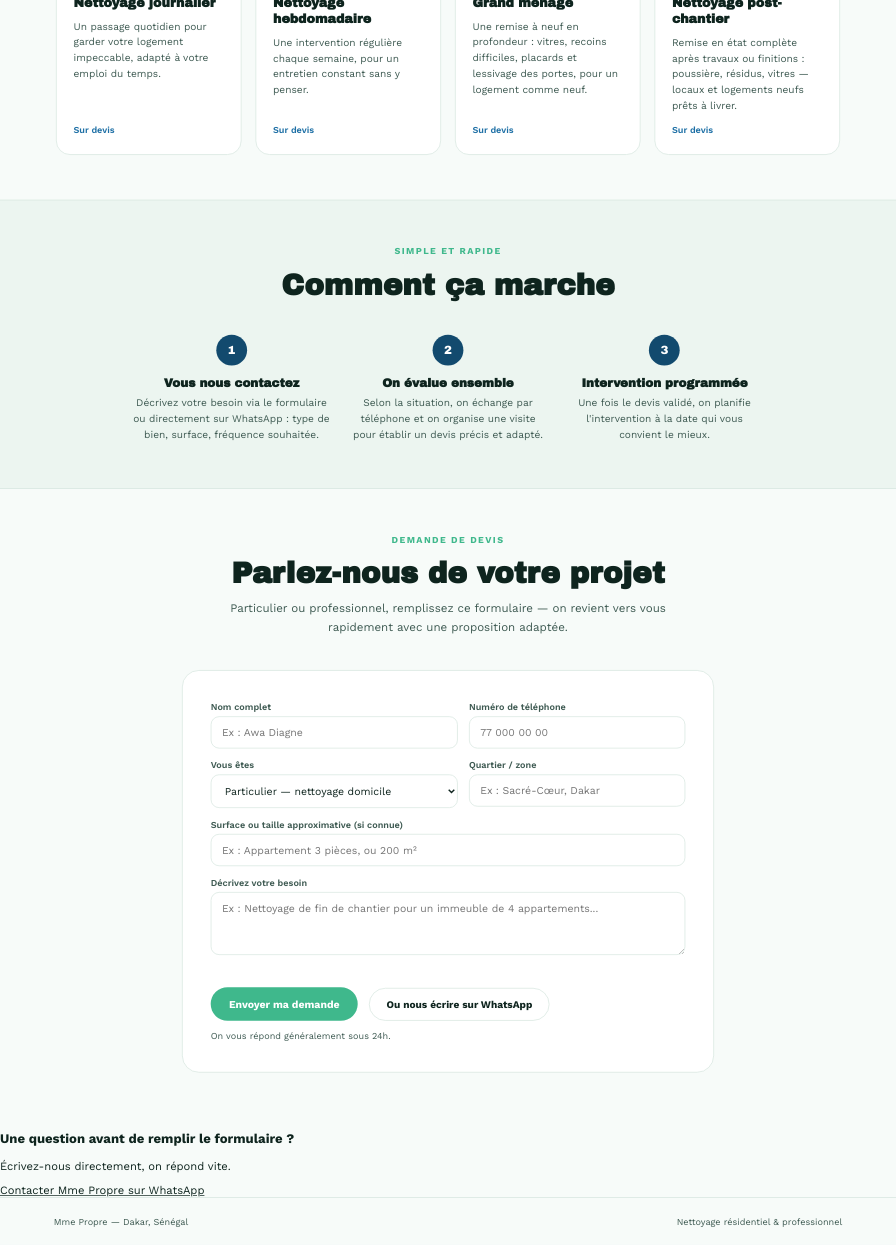
Repository: AntaaaKD/Mme-Propre
Page: Particulier.html
The author's editor kept a copy of each file at every save. The page is drawn from the files as they stood at one save, then again after a run of saves.
The browser window is 1280 px wide. The pictures show the part of the page from y = 1065 to 2985 px (the page is 2844 px tall before and 2985 px after), at 70% of full size.

Above is the page before, as saved 2026-07-22 20:10:40.

### Particulier.html
<!DOCTYPE html>
<html lang="fr">
<head>
<meta charset="UTF-8">
<meta name="viewport" content="width=device-width, initial-scale=1.0">
<title>Mme Propre — La propreté de votre demeure, en un clic</title>
<link rel="icon" type="image/png" >
<link rel="preconnect" href="https://fonts.googleapis.com">
<link rel="preconnect" href="https://fonts.gstatic.com" crossorigin>
<link href="https://fonts.googleapis.com/css2?family=Archivo+Black&family=Work+Sans:wght@400;500;600;700&display=swap" rel="stylesheet">

<!-- 🟥 1. SÉCURITÉ : Script Cloudflare Turnstile -->
<script src="https://challenges.cloudflare.com/turnstile/v0/api.js" async defer></script>

<style>
  :root{
    --surface:#F7FBF9;
    --surface-2:#ECF5F0;
    --ink:#0E241E;
    --ink-soft:#3E5A52;
    --blue:#1D6FA5;
    --blue-deep:#124A6E;
    --mint:#3FB88C;
    --lemon:#F2C230;
    --line:#D6E6DE;
    --display:"Archivo Black", sans-serif;
    --body:"Work Sans", sans-serif;
  }
  *{box-sizing:border-box;}
  body{margin:0;padding:0;background:var(--surface);color:var(--ink);font-family:var(--body);}
  a{color:inherit;}
  section{scroll-margin-top:20px;}

  /* ---------- HEADER ---------- */
  header{
    display:flex;align-items:center;justify-content:space-between;
    padding:15px 6vw;position:sticky;top:0;background:rgba(247,251,249,0.9);
    backdrop-filter:blur(6px);z-index:20;border-bottom:1px solid transparent;
  }
  .logo{display:flex;align-items:center;}
  .logo img{height:40px;width:auto;display:block;}
  nav{display:flex;align-items:center;gap:28px;}
  nav a.nav-link{font-size:14px;font-weight:600;color:var(--ink-soft);text-decoration:none;}
  .header-cta{
    font-size:14px;font-weight:700;color:#fff;background:var(--blue-deep);
    border-radius:999px;padding:11px 22px;text-decoration:none;
    transition:transform .15s ease;
  }
  .header-cta:hover{transform:translateY(-2px);}
  @media (max-width:760px){ nav a.nav-link{display:none;} }

  /* ---------- HERO ---------- */
  .hero{position:relative;padding:6vh 6vw 10vh;overflow:hidden;}
  .hero-grid{position:relative;z-index:2;display:grid;grid-template-columns:1.1fr 0.9fr;gap:56px;align-items:center;}
  @media (max-width:860px){.hero-grid{grid-template-columns:1fr;gap:40px;} .hero-image{max-height:320px;}}
  .hero-image{position:relative;border-radius:24px;overflow:hidden;box-shadow:0 24px 50px rgba(14,36,30,0.12);aspect-ratio:1.1;}
  .hero-image img{width:100%;height:100%;object-fit:cover;display:block;}
  .eyebrow{font-size:13px;font-weight:700;letter-spacing:2px;text-transform:uppercase;color:var(--mint);margin-bottom:18px;}
  h1{font-family:var(--display);font-size:clamp(36px,5.5vw,64px);line-height:1.05;margin:0 0 22px;max-width:15ch;}
  h1 .accent{color:var(--blue);}
  .hero p.lead{font-size:18px;color:var(--ink-soft);max-width:46ch;line-height:1.6;margin:0 0 32px;}
  .hero-ctas{display:flex;gap:16px;align-items:center;flex-wrap:wrap;}
  .btn-primary{
    background:var(--mint);color:#fff;font-weight:700;padding:16px 32px;
    border-radius:999px;box-shadow:0 8px 24px rgba(63,184,140,0.25);text-decoration:none;
    transition:transform .2s ease, box-shadow .2s ease;
  }
  .btn-primary:hover{transform:translateY(-2px);box-shadow:0 12px 28px rgba(63,184,140,0.4);}
  .btn-secondary{font-weight:600;color:var(--blue-deep);padding:16px 24px;text-decoration:none;}

  /* ---------- SECTION WRAPPER ---------- */
  .section{padding:9vh 6vw;}
  .section.alt{background:var(--surface-2);border-top:1px solid var(--line);border-bottom:1px solid var(--line);}
  .section-head{max-width:640px;margin:0 auto 48px;text-align:center;}
  .section-head .eyebrow{justify-content:center;display:flex;}
  .section-head h2{font-family:var(--display);font-size:clamp(28px,3.6vw,42px);margin:0 0 14px;}
  .section-head p{color:var(--ink-soft);font-size:16.5px;line-height:1.6;margin:0;}

  /* ---------- OFFERS ---------- */
  .offers{max-width:1120px;margin:0 auto;display:grid;grid-template-columns:repeat(4,1fr);gap:20px;}
  @media (max-width:980px){.offers{grid-template-columns:repeat(2,1fr);}}
  @media (max-width:560px){.offers{grid-template-columns:1fr;}}
  .offer-card{
    background:#fff;border:1.5px solid var(--line);border-radius:20px;padding:28px 24px;
    display:flex;flex-direction:column;gap:12px;transition:transform .18s ease, box-shadow .18s ease;
  }
  .offer-card:hover{transform:translateY(-4px);box-shadow:0 16px 32px rgba(14,36,30,0.08);}
  .offer-card .emoji{font-size:30px;}
  .offer-card h3{font-family:var(--display);font-size:18px;margin:0;line-height:1.3;}
  .offer-card p{color:var(--ink-soft);font-size:14.5px;line-height:1.55;margin:0;flex:1;}
  .offer-tag{
    align-self:flex-start;font-size:12px;font-weight:700;letter-spacing:0.5px;text-transform:uppercase;
    padding:5px 12px;border-radius:999px;
  }
  .tag-domicile{background:rgba(63,184,140,0.14);color:#1f6b4f;}
  .tag-pro{background:rgba(29,111,165,0.12);color:var(--blue-deep);}
  .offer-quote{font-size:13px;font-weight:600;color:var(--blue);margin-top:2px;}

  /* ---------- STEPS ---------- */
  .steps{max-width:900px;margin:0 auto;display:grid;grid-template-columns:repeat(3,1fr);gap:28px;}
  @media (max-width:760px){.steps{grid-template-columns:1fr;}}
  .step{text-align:center;}
  .step-num{
    width:44px;height:44px;border-radius:50%;background:var(--blue-deep);color:#fff;
    display:flex;align-items:center;justify-content:center;font-family:var(--display);font-size:17px;
    margin:0 auto 16px;
  }
  .step h4{font-family:var(--display);font-size:17px;margin:0 0 8px;}
  .step p{color:var(--ink-soft);font-size:14.5px;line-height:1.55;margin:0;}

  /* ---------- FORM ---------- */
  .form-wrap{max-width:760px;margin:0 auto;background:#fff;border:1.5px solid var(--line);border-radius:24px;padding:44px 40px;}
  @media (max-width:600px){.form-wrap{padding:32px 22px;}}
  .grid{display:grid;grid-template-columns:1fr 1fr;gap:16px;}
  @media (max-width:680px){.grid{grid-template-columns:1fr;}}
  .field{display:flex;flex-direction:column;gap:6px;}
  .field.full{grid-column:1/-1;}
  label{font-size:13px;font-weight:600;color:var(--ink-soft);}
  input,select,textarea{
    font-family:var(--body);font-size:15px;border:1.5px solid var(--line);border-radius:12px;
    padding:13px 15px;background:#fff;color:var(--ink);outline:none;transition:border-color .18s ease;
  }
  input:focus,select:focus,textarea:focus{border-color:var(--blue);}
  textarea{resize:vertical;min-height:90px;}

  /* Style pour aligner joliment le widget Turnstile */
  .security-row { margin-top: 10px; display: flex; justify-content: center; width: 100%; }

  .submit-row{margin-top:20px;display:flex;align-items:center;gap:16px;flex-wrap:wrap;}
  .btn-whatsapp{
    display:inline-flex;align-items:center;gap:10px;background:var(--mint);color:#fff;border:none;
    border-radius:999px;padding:15px 26px;font-family:var(--body);font-weight:700;font-size:15px;cursor:pointer;
    transition:transform .15s ease, box-shadow .15s ease;
  }
  .btn-whatsapp:hover{transform:translateY(-2px);box-shadow:0 8px 22px rgba(63,184,140,0.35);}
  .btn-whatsapp-outline{
    display:inline-flex;align-items:center;gap:10px;background:#fff;color:var(--ink);border:1.5px solid var(--line);
    border-radius:999px;padding:14px 24px;font-family:var(--body);font-weight:700;font-size:14.5px;cursor:pointer;
    transition:transform .15s ease, border-color .15s ease;
  }
  .btn-whatsapp-outline:hover{transform:translateY(-2px);border-color:var(--mint);}
  .hint{font-size:13px;color:var(--ink-soft);}

  footer{padding:26px 6vw;border-top:1px solid var(--line);font-size:13px;color:var(--ink-soft);display:flex;justify-content:space-between;flex-wrap:wrap;gap:10px;}
</style>
</head>
<body>

<header>
  <div class="logo">
    <img src="images/logo-mmepropre.png" alt="Mme Propre" class="logo-img">
  </div>
  <nav>
    <a class="nav-link" href="#offres">Nos offres</a>
    <a class="nav-link" href="#comment">Comment ça marche</a>
    <a class="header-cta" href="#devis">Demander un devis</a>
  </nav>
</header>

<section class="hero">
  <div class="hero-grid">
    <div>
      <div class="eyebrow">Dakar · Conciergerie & Nettoyage</div>
      <h1>Votre espace impeccable, <span class="accent">sans effort.</span></h1>
      <p class="lead">Mme Propre réinvente le nettoyage résidentiel et professionnel à Dakar. Profitez d'interventions sur-mesure, réalisées par des agents de confiance rigoureusement sélectionnés.</p>
      <div class="hero-ctas">
        <a href="#devis" class="btn-primary">Demander un devis</a>
        <a href="#offres" class="btn-secondary">Découvrir nos offres ↓</a>
      </div>
    </div>
    <div class="hero-image">
      <img src="images/hero.jpg" alt="Nettoyage professionnel à domicile">
    </div>
  </div>
</section>

<section class="section" id="offres">
  <div class="section-head">
    <div class="eyebrow">Nos services</div>
    <h2>Une offre pour chaque besoin</h2>
    <p>Que vous soyez un particulier ou un professionnel, on adapte notre intervention à votre situation — chaque devis est personnalisé.</p>
  </div>
  <div class="offers">
    <div class="offer-card">
      <span class="emoji">🏠</span>
      <span class="offer-tag tag-domicile">Particuliers</span>
      <h3>Nettoyage journalier</h3>
      <p>Un passage quotidien pour garder votre logement impeccable, adapté à votre emploi du temps.</p>
      <span class="offer-quote">Sur devis</span>
    </div>
    <div class="offer-card">
      <span class="emoji">📅</span>
      <span class="offer-tag tag-domicile">Particuliers</span>
      <h3>Nettoyage hebdomadaire</h3>
      <p>Une intervention régulière chaque semaine, pour un entretien constant sans y penser.</p>
      <span class="offer-quote">Sur devis</span>
    </div>
    <div class="offer-card">
      <span class="emoji">🧹</span>
      <span class="offer-tag tag-domicile">Particuliers</span>
      <h3>Grand ménage</h3>
      <p>Une remise à neuf en profondeur : vitres, recoins difficiles, placards et lessivage des portes, pour un logement comme neuf.</p>
      <span class="offer-quote">Sur devis</span>
    </div>
    <div class="offer-card">
      <span class="emoji">🏗️</span>
      <span class="offer-tag tag-pro">Professionnels</span>
      <h3>Nettoyage post-chantier</h3>
      <p>Remise en état complète après travaux ou finitions : poussière, résidus, vitres — locaux et logements neufs prêts à livrer.</p>
      <span class="offer-quote">Sur devis</span>
    </div>
  </div>
</section>

<section class="section alt" id="comment">
  <div class="section-head">
    <div class="eyebrow">Simple et rapide</div>
    <h2>Comment ça marche</h2>
  </div>
  <div class="steps">
    <div class="step">
      <div class="step-num">1</div>
      <h4>Vous nous contactez</h4>
      <p>Décrivez votre besoin via le formulaire ou directement sur WhatsApp : type de bien, surface, fréquence souhaitée.</p>
    </div>
    <div class="step">
      <div class="step-num">2</div>
      <h4>On évalue ensemble</h4>
      <p>Selon la situation, on échange par téléphone et on organise une visite pour établir un devis précis et adapté.</p>
    </div>
    <div class="step">
      <div class="step-num">3</div>
      <h4>Intervention programmée</h4>
      <p>Une fois le devis validé, on planifie l'intervention à la date qui vous convient le mieux.</p>
    </div>
  </div>
</section>

<section class="section" id="devis">
  <div class="section-head">
    <div class="eyebrow">Demande de devis</div>
    <h2>Parlez-nous de votre projet</h2>
    <p>Particulier ou professionnel, remplissez ce formulaire — on revient vers vous rapidement avec une proposition adaptée.</p>
  </div>

  <div class="form-wrap">
    <div class="grid">
      <div class="field"><label for="d-nom">Nom complet</label><input id="d-nom" type="text" placeholder="Ex : Awa Diagne" maxlength="80"></div>
      <div class="field"><label for="d-tel">Numéro de téléphone</label><input id="d-tel" type="tel" placeholder="77 000 00 00" maxlength="25"></div>
      <div class="field">
        <label for="d-type">Vous êtes</label>
        <select id="d-type">
          <option value="Particulier — Domicile">Particulier — nettoyage domicile</option>
          <option value="Pro — Post-chantier">Professionnel — nettoyage post-chantier</option>
          <option value="Pro — Bureaux/Locaux">Professionnel — bureaux / locaux</option>
          <option value="Autre">Autre</option>
        </select>
      </div>
      <div class="field"><label for="d-zone">Quartier / zone</label><input id="d-zone" type="text" placeholder="Ex : Sacré-Cœur, Dakar" maxlength="100"></div>
      <div class="field full"><label for="d-surface">Surface ou taille approximative (si connue)</label><input id="d-surface" type="text" placeholder="Ex : Appartement 3 pièces, ou 200 m²" maxlength="100"></div>
      <div class="field full"><label for="d-msg">Décrivez votre besoin</label><textarea id="d-msg" placeholder="Ex : Nettoyage de fin de chantier pour un immeuble de 4 appartements..." maxlength="1000"></textarea></div>

      <!-- 🟥 2. SÉCURITÉ : Widget Turnstile (Coller ta vraie Sitekey publique ici) -->
      <div class="field full security-row">
        <div class="cf-turnstile" data-sitekey="0x4AAAAAAD6Cu6YosposxSZD"></div>
      </div>
    </div>

    <div class="submit-row">
      <button class="btn-whatsapp" id="submit-btn" onclick="submitDevis()">Envoyer ma demande</button>
      <button class="btn-whatsapp-outline" onclick="sendWhatsappDirect()">Ou nous écrire sur WhatsApp</button>
    </div>
    <div class="hint" id="submit-status" style="margin-top:14px;">On vous répond généralement sous 24h.</div>
  </div>
</section>

<section class="direct">
  <h3>Une question avant de remplir le formulaire ?</h3>
  <p>Écrivez-nous directement, on répond vite.</p>
  <a class="btn-direct" id="direct-wa" href="#" target="_blank" rel="noopener">Contacter Mme Propre sur WhatsApp</a>
</section>

<footer>
  <span>Mme Propre — Dakar, Sénégal</span>
  <span>Nettoyage résidentiel & professionnel</span>
</footer>

<script>
  const WHATSAPP_NUMBER = "221xxxxxxxxx";
  const GAS_WEB_APP_URL = "https://script.google.com/macros/s/AKfycbztkSX3TyebbLAMASZva5rAbgVcuSgHpPOw3mWZLaVD60Z6R83ZnjcCemumw_IpcYI8/exec";

  function getDevisData(){
    return {
      nom: document.getElementById('d-nom').value.trim(),
      tel: document.getElementById('d-tel').value.trim(),
      typeDemande: document.getElementById('d-type').value,
      zone: document.getElementById('d-zone').value.trim(),
      surface: document.getElementById('d-surface').value.trim(),
      message: document.getElementById('d-msg').value.trim(),
    };
  }

  async function submitDevis(){
    const btn = document.getElementById('submit-btn');
    const status = document.getElementById('submit-status');
    const data = getDevisData();

    // 🟥 3. SÉCURITÉ : Extraction du jeton généré par Cloudflare Turnstile
    const turnstileResponse = document.querySelector('[name="cf-turnstile-response"]');
    const turnstileToken = turnstileResponse ? turnstileResponse.value : "";

    if (!turnstileToken) {
      status.textContent = "Veuillez valider la vérification de sécurité (anti-bot).";
      status.style.color = "#B3261E";
      return;
    }

    if(!data.nom || !data.tel){
      status.textContent = "Merci de renseigner au moins votre nom et votre numéro.";
      status.style.color = "#B3261E";
      return;
    }

    btn.disabled = true;
    btn.textContent = "Envoi en cours...";
    status.style.color = "";
    status.textContent = "Validation en cours...";

    try {
      // 🟥 4. SÉCURITÉ : Transmission du jeton Turnstile avec le payload
      await fetch(GAS_WEB_APP_URL, {
        method: "POST",
        headers: { "Content-Type": "text/plain;charset=utf-8" },
        body: JSON.stringify({ formType: "devis", turnstileToken, ...data })
      });

      btn.textContent = "Envoyé ✓";
      status.style.color = "#3FB88C";
      status.textContent = "Demande reçue ! On revient vers vous très bientôt.";

      // Réinitialisation des champs du formulaire
      document.querySelectorAll('#devis input, #devis select, #devis textarea').forEach(el => el.value = "");

      // Réinitialisation du widget de sécurité pour une éventuelle nouvelle soumission
      if (typeof turnstile !== 'undefined') turnstile.reset();

    } catch(err){
      btn.disabled = false;
      btn.textContent = "Envoyer ma demande";
      status.style.color = "#B3261E";
      status.textContent = "Une erreur est survenue lors de l'envoi. Veuillez réessayer.";
    }
  }

  function sendWhatsappDirect(){
    const data = getDevisData();
    let text = "Bonjour Mme Propre 👋\n\nJe souhaite un devis pour un service de nettoyage.";
    if(data.nom) text += `\n\nNom : ${data.nom}`;
    if(data.tel) text += `\nTéléphone : ${data.tel}`;
    if(data.typeDemande) text += `\nType : ${data.typeDemande}`;
    if(data.zone) text += `\nZone : ${data.zone}`;
    if(data.surface) text += `\nSurface : ${data.surface}`;
    if(data.message) text += `\nDétails : ${data.message}`;
    const url = `https://wa.me/${WHATSAPP_NUMBER}?text=${encodeURIComponent(text)}`;
    window.open(url, '_blank');
  }
</script>

</body>
</html>

After the next 3 saves:
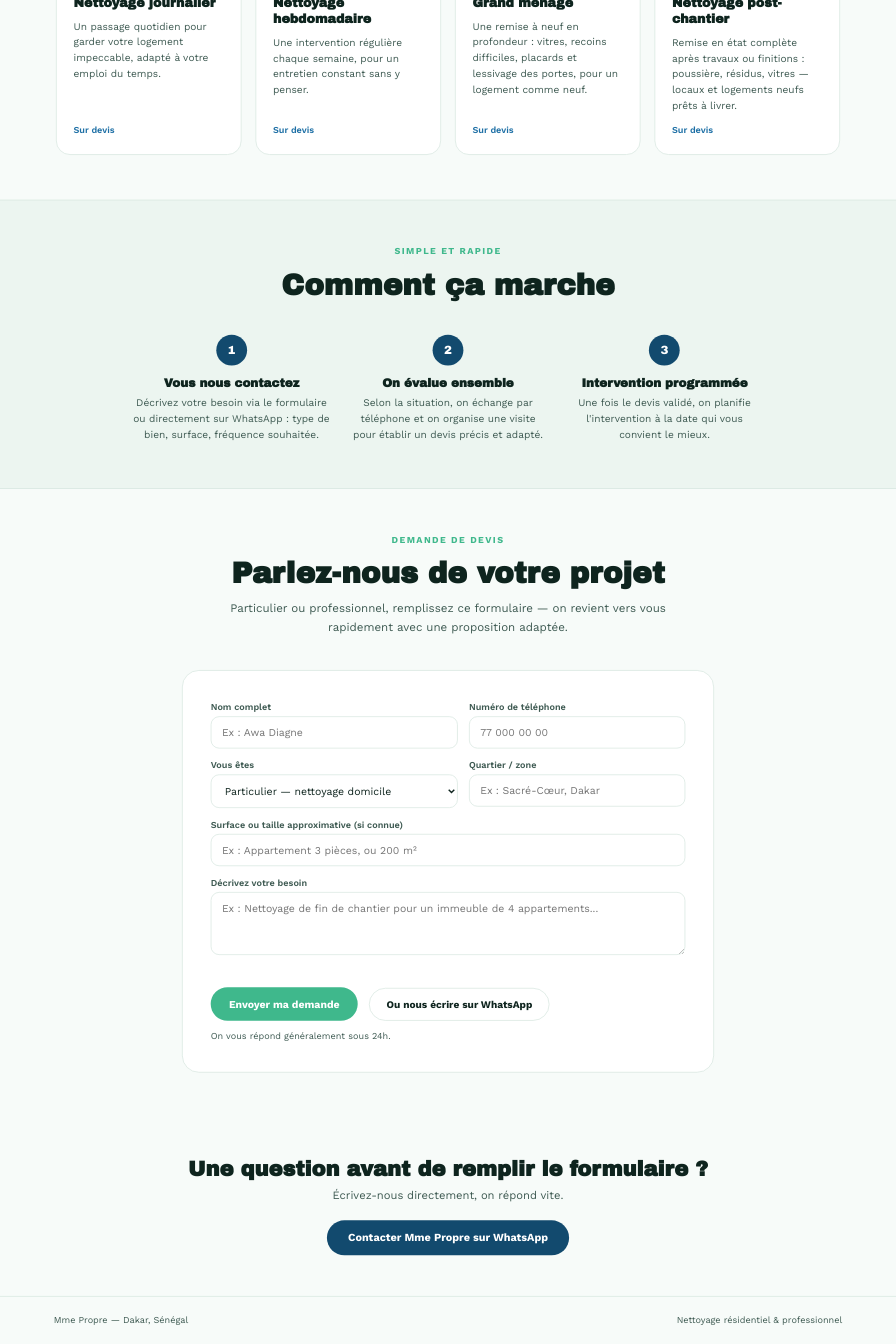
The 3 saves are shown as one change because they came seconds apart.
The last was saved 68 s later.
--- a/Particulier.html
+++ b/Particulier.html
@@ -140,6 +140,21 @@
   }
   .btn-whatsapp-outline:hover{transform:translateY(-2px);border-color:var(--mint);}
   .hint{font-size:13px;color:var(--ink-soft);}
+
+
+   /* ---------- DIRECT CONTACT ---------- */
+  .direct{
+    padding:8vh 6vw;text-align:center;
+  }
+  .direct h3{font-family:var(--display);font-size:clamp(22px,3vw,30px);margin:0 0 12px;}
+  .direct p{color:var(--ink-soft);margin:0 0 26px;font-size:16px;}
+  .btn-direct{
+    display:inline-flex;align-items:center;gap:10px;
+    background:var(--blue-deep);color:#fff;border:none;border-radius:999px;
+    padding:16px 30px;font-family:var(--body);font-weight:700;font-size:15.5px;text-decoration:none;
+    transition:transform .15s ease;
+  }
+  .btn-direct:hover{transform:translateY(-2px);}
 
   footer{padding:26px 6vw;border-top:1px solid var(--line);font-size:13px;color:var(--ink-soft);display:flex;justify-content:space-between;flex-wrap:wrap;gap:10px;}
 </style>
